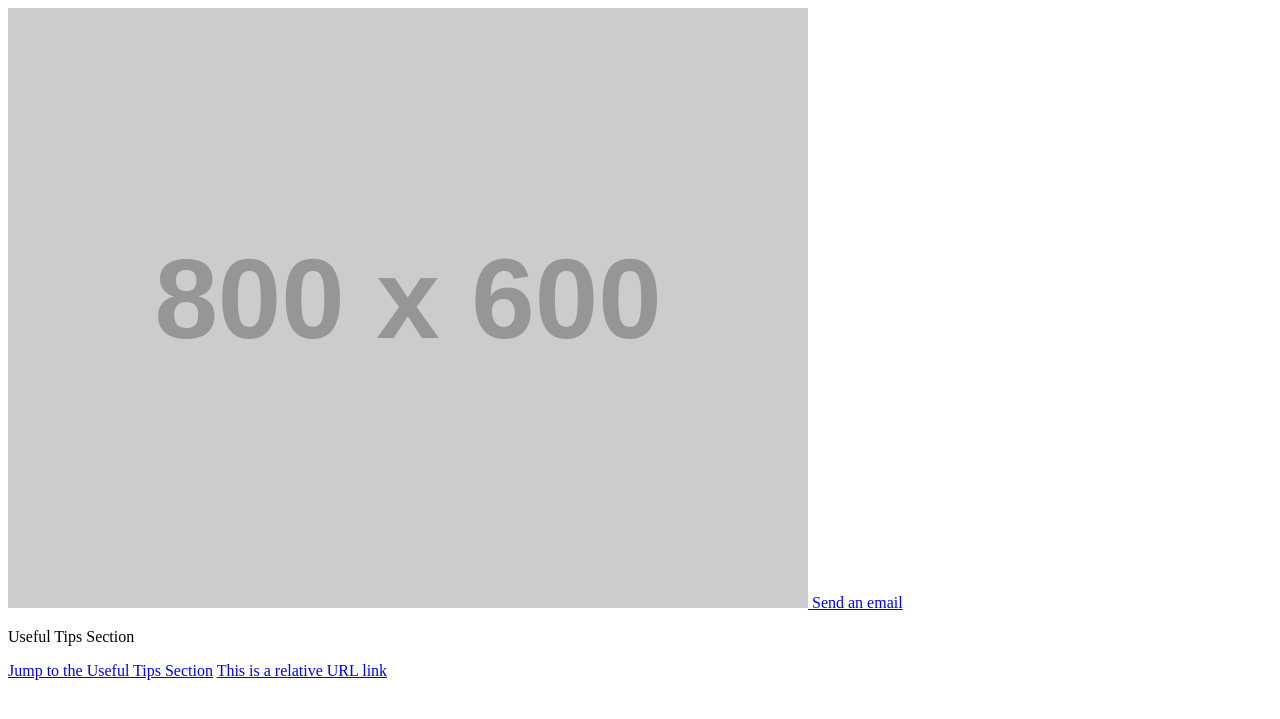
Repository: brianratemo/images.html
Page: hot2.html
An editor plug-in stored every save of this project. The page is shown before and after the next save, followed by the edit.
The browser window is 1280 px wide. The pictures show the whole page.

Above is the page before, as saved 2023-03-20 19:19:22.

After the next save:
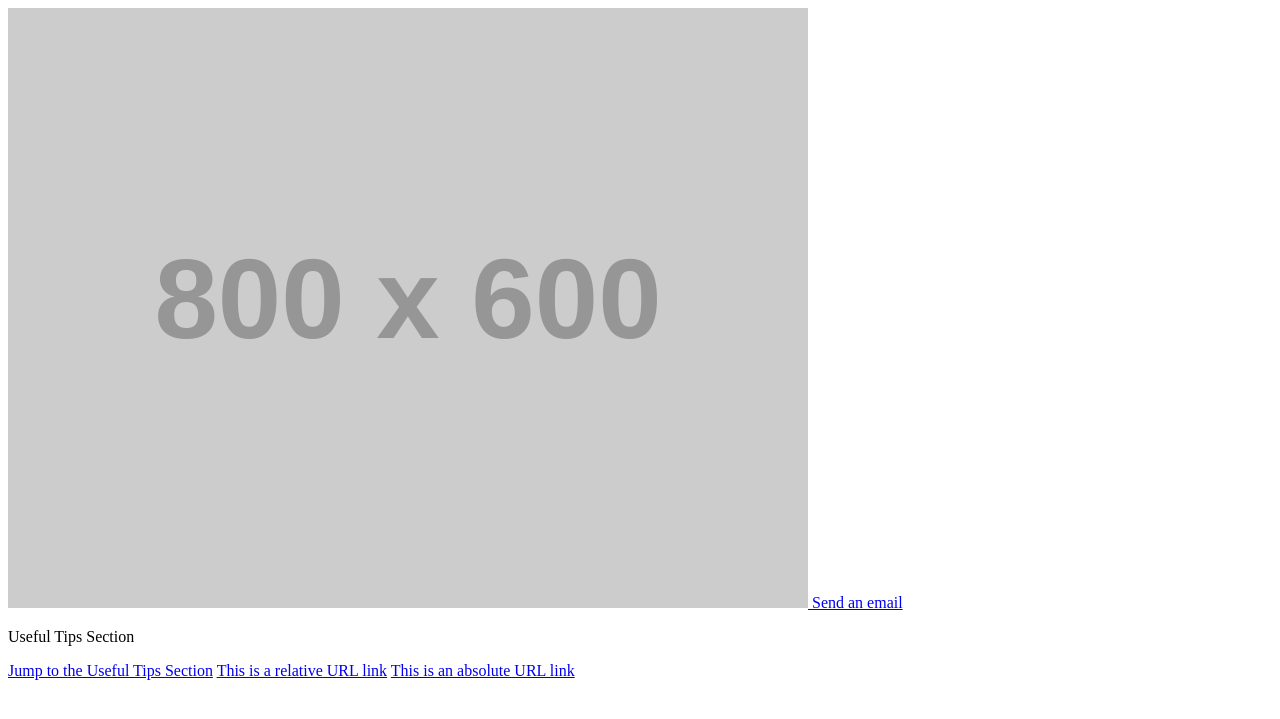
Saved 92 s later.
--- a/hot2.html
+++ b/hot2.html
@@ -3,3 +3,4 @@
 <p id="tips">Useful Tips Section</p>
 <a href="#tips">Jump to the Useful Tips Section</a>
 <a href="about.html">This is a relative URL link</a>
+<a href="https://example.com">This is an absolute URL link</a>
